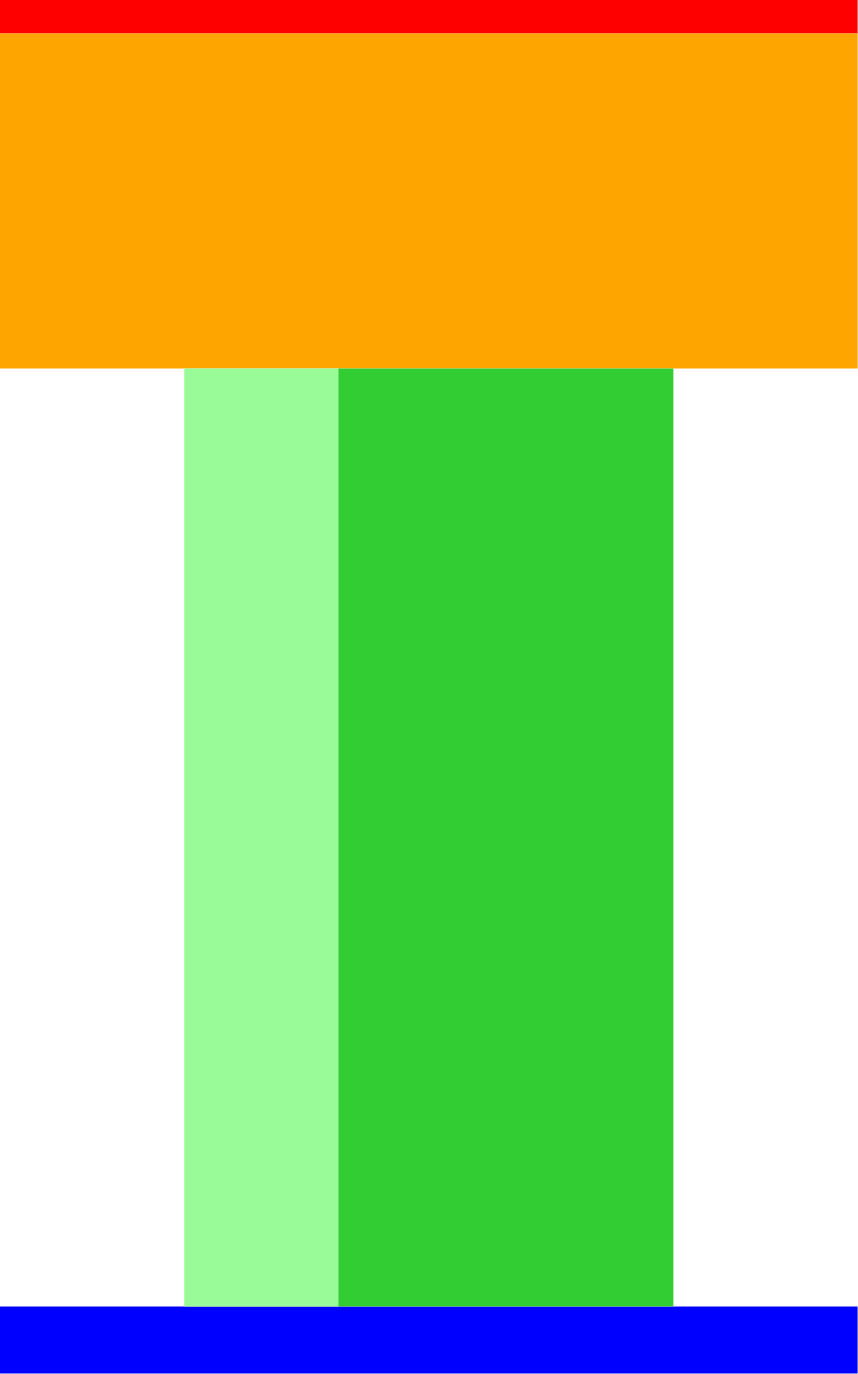
Repository: kawasemi70/1-3
Page: 1-4/1-4.html
The author's editor kept a record of every edit. The page is drawn from the files as they stood at one moment, then again after the next edit.
The browser window is 1280 px wide. The pictures show the whole page, at 67% of full size.

Above is the page before.

After the next edit:
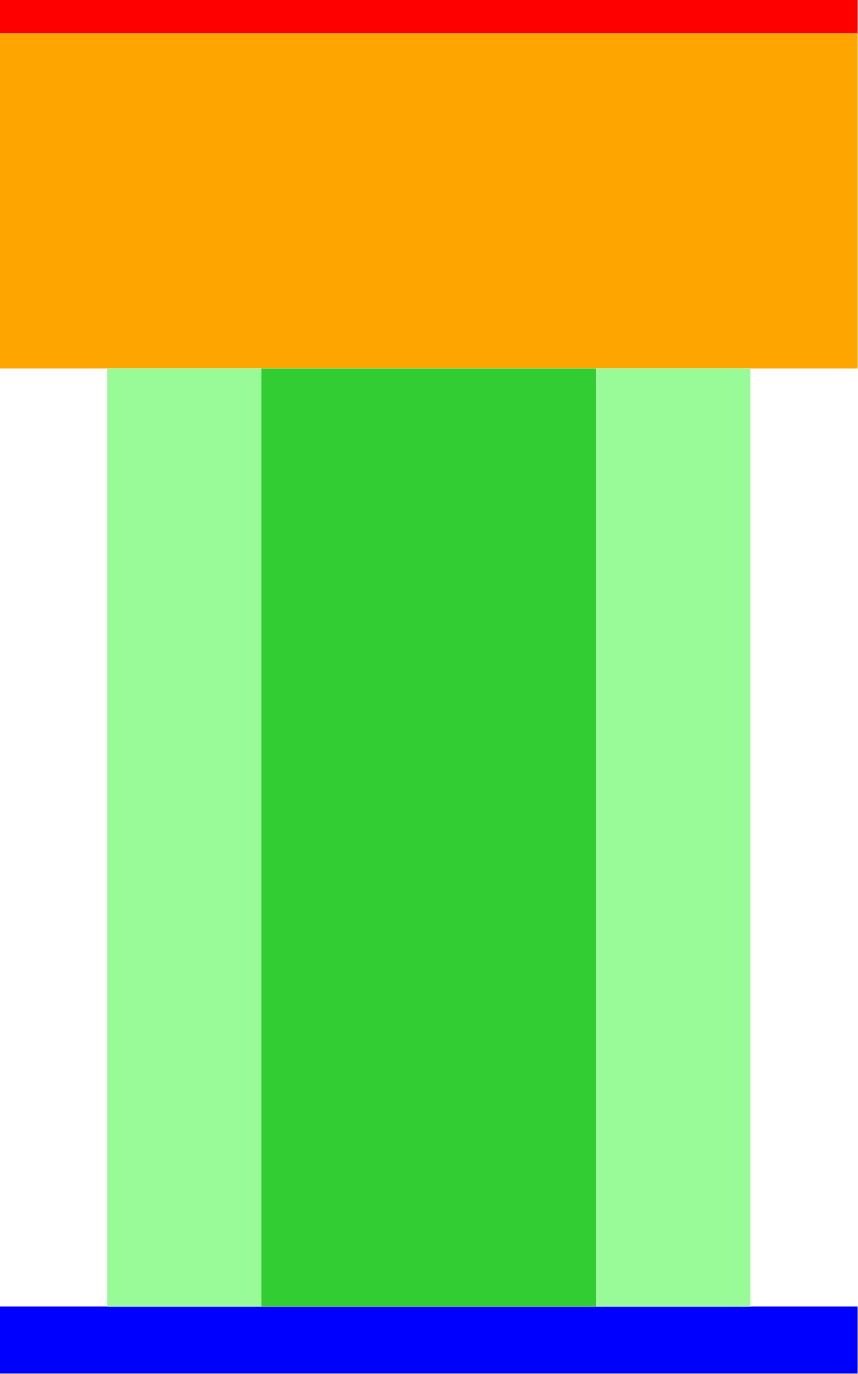
The edit:
--- a/1-4/1-4.html
+++ b/1-4/1-4.html
@@ -17,7 +17,7 @@
 
       <div class="blog"></div>
 
-      <div class="sidebar-"></div>
+      <div class="sidebar-left"></div>
     </div>
 
     <div class="footer"></div>
